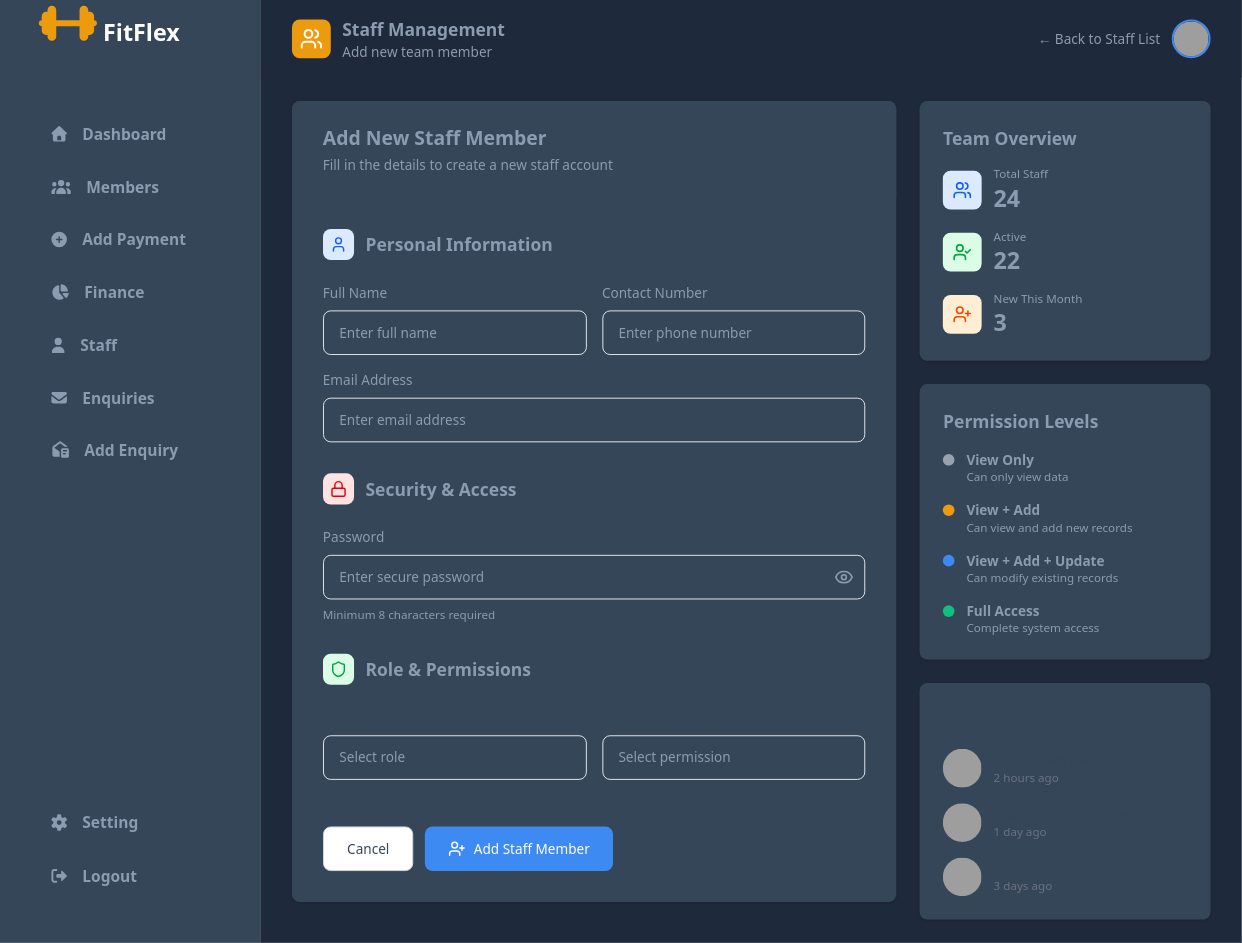
Repository: MuhammadTalhaTaj/gym_management_app_backend
Page: /addstaff (app in frontend/)
An editor plug-in stored every save of this project. The page is shown before and after the next save, followed by the edit.
The browser window is 1280 px wide. The pictures show the whole page, at 97% of full size.
Pictures or frames that could not be fetched are drawn as grey boxes. The project was rebuilt for these pictures with package versions that can differ from the ones it lists, and the page was loaded fresh each time. Also part of the build but not shown: frontend/vite.config.ts, frontend/src/assets/styles/AdminHeader.css, frontend/src/Components/AdminHeader.tsx, frontend/src/assets/styles/AdminDashboard.css, frontend/src/hooks/useDashboardData.ts, frontend/src/assets/styles/AdminDashboardStats.css, frontend/src/Components/AdminDashboardStats.tsx, frontend/src/Components/IncomeExpenseChart.tsx and 31 more.

Above is the page before, as saved 2025-11-21 10:47:37.

### frontend/index.html
<!doctype html>
<html lang="en">

<head>
  <meta charset="UTF-8" />
  <link rel="icon" type="image/svg+xml" href="/vite.svg" />
  <meta name="viewport" content="width=device-width, initial-scale=1.0" />
  <title>GymManagement</title>
  <link rel="preconnect" href="https://fonts.googleapis.com" />
  <link rel="preconnect" href="https://fonts.gstatic.com" crossorigin />
  <link rel="stylesheet" href="https://fonts.googleapis.com/css2?family=Roboto:wght@300;400;500;700&display=swap" />

</head>

<body>
  <div id="root"></div>
  <script type="module" src="/src/main.tsx"></script>
</body>

</html>

### frontend/src/index.css
@import "tailwindcss";
:root{
  padding: 0;
  margin: 0;
  box-sizing: border-box;
  --primary-100:#364659;
  --primary-200:#1E293B;
  --primary-300:#8C9BB0;
  --secondary-100: #EC9A0E;
  --secondary-200:#595446;
  --tertiary-100: #F24949;
  --tertiary-100-30: #584252;
  --tertiary-200: #F47117;
  --tertiary-200-30: #5A4B48;
  --tertiary-300: #11BF7F;
  --tertiary-300-30: #2B595E;
  --tertiary-400: #3D8BF2;
  --tertiary-400-30: #344E75;
  --tertiary-500: #94A3B8;
  --tertiary-600: #1E293B;
}
body{
  padding: 0;
  margin: 0;
}
.adminMain{
  display: flex;
  margin: 0;
  justify-content: space-between;
  padding: 0;
  /* border: 2px solid blue; */
}
@media all and (max-width:700px) {
  .adminMain{
    flex-direction: column;
  }
}

### frontend/src/Components/ProtectedRoute.tsx
import React, { useEffect, useState } from "react";
// import { Navigate } from "react-router-dom";
import { apiRequest } from "../config/api";

type Props = {
  children: React.ReactNode;
};

const getStoredToken = (): string | null => {
  return localStorage.getItem("accessToken") || sessionStorage.getItem("accessToken");
};

export default function ProtectedRoute({ children }: Props) {
  const [status, setStatus] = useState<"pending" | "ok" | "unauth">("pending");

  useEffect(() => {
    let mounted = true;

    const token = getStoredToken();
    if (!token) {
      // no token -> immediately unauth
      if (mounted) setStatus("unauth");
      return;
    }

    const validate = async () => {
      try {
        // call backend authenticate endpoint
        const res = await apiRequest<{ success?: boolean; message?: string; userId?: string }>({
          method: "GET",
          endpoint: "/auth/authenticate"
        });

        // backend returns success:true on valid token
        if (mounted && res && (res as any).success === true) {
          setStatus("ok");
        } else {
          // treat missing success flag as unauth
          if (mounted) setStatus("unauth");
        }
      } catch (err) {
        // any error -> unauth
        if (mounted) setStatus("unauth");
      }
    };

    validate();

    return () => { mounted = false; };
  }, []);

  if (status === "pending") {
    // while checking, render nothing (keep UI/layout unchanged)
    return null;
  }

  if (status === "unauth") {
    // clear tokens to ensure clean state, then redirect
    try {
      localStorage.removeItem("accessToken");
      sessionStorage.removeItem("accessToken");
    } catch (e) {
      // ignore
    }
    // return <Navigate to="/login" replace />;
  }

  // auth ok
  return <>{children}</>;
}

### frontend/src/context/AuthContext.tsx
// src/context/AuthContext.tsx (example)
import React, { createContext, useEffect } from "react";
import { onAuthFailure,
  // setAccessToken as storeAccessToken,
   clearTokens } from "../config/auth";
import { useNavigate } from "react-router-dom";

export const AuthContext = createContext<any>(null);

export const AuthProvider: React.FC<{children:any}> = ({ children }) => {
  const navigate = useNavigate();

  useEffect(() => {
    onAuthFailure(() => {
      // clear local tokens and redirect to login
      clearTokens();
      navigate("/login");
    });
  }, [navigate]);

  return <AuthContext.Provider value={{}}>{children}</AuthContext.Provider>;
};

### frontend/src/pages/Admin/AddStaff.tsx
import React, { useState } from 'react';
import { Eye, EyeOff, Users, UserCheck, UserPlus, Shield, User, Lock } from 'lucide-react';

// Data file - export this to a separate file in your project (e.g., staffData.js)
export const staffData = {
  teamOverview: {
    totalStaff: 24,
    activeStaff: 22,
    newThisMonth: 3
  },
  permissionLevels: [
    {
      id: 'view-only',
      name: 'View Only',
      description: 'Can only view data',
      color: 'bg-gray-400'
    },
    {
      id: 'view-add',
      name: 'View + Add',
      description: 'Can view and add new records',
      color: 'bg-[var(--secondary-100)]'
    },
    {
      id: 'view-add-update',
      name: 'View + Add + Update',
      description: 'Can modify existing records',
      color: 'bg-[var(--tertiary-400)]'
    },
    {
      id: 'full-access',
      name: 'Full Access',
      description: 'Complete system access',
      color: 'bg-[var(--tertiary-300)]'
    }
  ],
  recentActivity: [
    {
      id: 1,
      name: 'Sarah Chen',
      action: 'joined',
      time: '2 hours ago',
      avatar: 'https://i.pravatar.cc/150?img=1'
    },
    {
      id: 2,
      name: 'Mike Johnson',
      action: 'updated',
      time: '1 day ago',
      avatar: 'https://i.pravatar.cc/150?img=2'
    },
    {
      id: 3,
      name: 'Emma Davis',
      action: 'added',
      time: '3 days ago',
      avatar: 'https://i.pravatar.cc/150?img=3'
    }
  ],
  jobRoles: [
    'Select role',
    'Administrator',
    'Manager',
    'Developer',
    'Designer',
    'Analyst',
    'Support Staff'
  ],
  permissions: [
    'Select permission',
    'View Only',
    'View + Add',
    'View + Add + Update',
    'Full Access'
  ]
};

// Reusable Components
const Card = ({ children, className = '' }) => (
  <div className={`bg-[var(--primary-100)] rounded-lg shadow-sm ${className}`}>
    {children}
  </div>
);

const Input = ({ label, placeholder, type = 'text', value, onChange, showPasswordToggle, onTogglePassword, showPassword, helperText }) => (
  <div className="flex flex-col gap-2 ">
    {label && (
      <label className="text-sm font-medium text-[var(--primary-300)]">
        {label}
      </label>
    )}
    <div className="relative">
      <input
        type={type}
        placeholder={placeholder}
        value={value}
        onChange={onChange}
        className="w-full px-4 py-3 bg-[var(--primary-100)] border border-gray-200 rounded-lg text-sm text-[var(--primary-300)] placeholder-[var(--primary-300)] focus:outline-none focus:ring-2 focus:ring-[var(--tertiary-400)] focus:border-transparent transition-all"
      />
      {showPasswordToggle && (
        <button
          type="button"
          onClick={onTogglePassword}
          className="absolute right-3 top-1/2 -translate-y-1/2 text-[var(--primary-300)] hover:text-[var(--primary-100)] transition-colors"
        >
          {showPassword ? <EyeOff size={20} /> : <Eye size={20} />}
        </button>
      )}
    </div>
    {helperText && (
      <span className="text-xs text-[var(--primary-300)]">{helperText}</span>
    )}
  </div>
);

const Select = ({ label, options, value, onChange }) => (
  <div className="flex flex-col gap-2">
    {label && (
      <label className="text-sm font-medium text-[var(--primary-100)]">
        {label}
      </label>
    )}
    <select
      value={value}
      onChange={onChange}
      className="w-full px-4 py-3 bg-[var(--primary-100)] border border-gray-200 rounded-lg text-sm text-[var(--primary-300)] focus:outline-none focus:ring-2 focus:ring-[var(--tertiary-400)] focus:border-transparent transition-all appearance-none cursor-pointer"
      style={{
        backgroundImage: `url("data:[embedded picture, 161 characters]")`,
        backgroundRepeat: 'no-repeat',
        backgroundPosition: 'right 1rem center'
      }}
    >
      {options.map((option, index) => (
        <option key={index} value={option}>
          {option}
        </option>
      ))}
    </select>
  </div>
);

const Button = ({ children, variant = 'primary', onClick, icon: Icon }) => {
  const variants = {
    primary: 'bg-[var(--tertiary-400)] hover:bg-[var(--tertiary-400)]/90 text-white',
    secondary: 'bg-white hover:bg-gray-50 text-[var(--primary-100)] border border-gray-300'
  };

  return (
    <button
      onClick={onClick}
      className={`px-6 py-3 rounded-lg font-medium text-sm transition-all flex items-center justify-center gap-2 ${variants[variant]}`}
    >
      {Icon && <Icon size={18} />}
      {children}
    </button>
  );
};

const StatsCard = ({ icon: Icon, label, value, iconBg, iconColor }) => (
  <div className="flex items-center gap-3">
    <div className={`w-10 h-10 rounded-lg ${iconBg} flex items-center justify-center`}>
      <Icon size={20} className={iconColor} />
    </div>
    <div>
      <p className="text-xs text-[var(--primary-300)]">{label}</p>
      <p className="text-2xl font-bold text-[var(--primary-300)]">{value}</p>
    </div>
  </div>
);

const ActivityItem = ({ activity }) => (
  <div className="flex items-center gap-3">
    <img
      src={activity.avatar}
      alt={activity.name}
      className="w-10 h-10 rounded-full object-cover"
    />
    <div className="flex-1">
      <p className="text-sm font-medium text-[var(--primary-100)]">
        {activity.name} {activity.action}
      </p>
      <p className="text-xs text-gray-500">{activity.time}</p>
    </div>
  </div>
);

const PermissionItem = ({ permission }) => (
  <div className="flex items-start gap-3">
    <div className={`w-3 h-3 rounded-full ${permission.color} mt-1`}></div>
    <div className="flex-1">
      <p className="text-sm font-semibold text-[var(--primary-300)]">{permission.name}</p>
      <p className="text-xs text-[var(--primary-300)]">{permission.description}</p>
    </div>
  </div>
);

const SectionHeader = ({ icon: Icon, title, iconBg, iconColor }) => (
  <div className="flex items-center gap-3 mb-6">
    <div className={`w-8 h-8 rounded-lg ${iconBg} flex items-center justify-center`}>
      <Icon size={18} className={iconColor} />
    </div>
    <h3 className="text-lg font-semibold text-[var(--primary-300)]">{title}</h3>
  </div>
);

// Main Component
const AddStaff = () => {
  const [formData, setFormData] = useState({
    fullName: '',
    contactNumber: '',
    email: '',
    password: '',
    jobRole: staffData.jobRoles[0],
    permission: staffData.permissions[0]
  });

  const [showPassword, setShowPassword] = useState(false);

  const handleInputChange = (field) => (e) => {
    setFormData(prev => ({ ...prev, [field]: e.target.value }));
  };

  const handleSubmit = () => {
    console.log('Form submitted:', formData);
    // Add your form submission logic here
  };

  const handleCancel = () => {
    setFormData({
      fullName: '',
      contactNumber: '',
      email: '',
      password: '',
      jobRole: staffData.jobRoles[0],
      permission: staffData.permissions[0]
    });
  };

  return (
    <div className="min-h-screen w-full bg-[var(--primary-200)]">
      {/* Header */}
      <header className="bg-[var(--primary-200)] text-white px-4 sm:px-6 lg:px-8 py-4">
        <div className="max-w-7xl mx-auto flex items-center justify-between">
          <div className="flex items-center gap-3">
            <div className="w-10 h-10 bg-[var(--secondary-100)] rounded-lg flex items-center justify-center">
              <Users size={24} />
            </div>
            <div>
              <h1 className="text-lg font-semibold text-[var(--primary-300)]">Staff Management</h1>
              <p className="text-sm text-[var(--primary-300)]">Add new team member</p>
            </div>
          </div>
          <div className="flex items-center gap-3">
            <button className="flex items-center text-[var(--primary-300)] gap-2 text-sm hover:text-gray-300 transition-colors">
              <span className="hidden sm:inline">← Back to Staff List</span>
              <span className="sm:hidden">← Back</span>
            </button>
            <img
              src="https://i.pravatar.cc/150?img=5"
              alt="User"
              className="w-10 h-10 rounded-full object-cover border-2 border-[var(--tertiary-400)]"
            />
          </div>
        </div>
      </header>

      {/* Main Content */}
      <main className="max-w-7xl mx-auto px-4 sm:px-6 lg:px-8 py-6">
        <div className="grid grid-cols-1 lg:grid-cols-3 gap-6">
          {/* Left Column - Form */}
          <div className="lg:col-span-2">
            <Card className="p-6 sm:p-8">
              {/* Form Header */}
              <div className="bg-[var(--primary-100)] text-[var(--primary-300)] -mx-6 sm:-mx-8 -mt-6 sm:-mt-8 px-6 sm:px-8 py-6 rounded-t-lg mb-8">
                <h2 className="text-xl font-bold mb-1">Add New Staff Member</h2>
                <p className="text-sm text-[var(--primary-300)]">Fill in the details to create a new staff account</p>
              </div>

              <div className="space-y-8">
                {/* Personal Information */}
                <div>
                  <SectionHeader
                    icon={User}
                    title="Personal Information"
                    iconBg="bg-blue-100"
                    iconColor="text-blue-600"
                  />
                  <div className="grid grid-cols-1 md:grid-cols-2 gap-4">
                    <Input
                      label="Full Name"
                      placeholder="Enter full name"
                      value={formData.fullName}
                      onChange={handleInputChange('fullName')}
                    />
                    <Input
                      label="Contact Number"
                      placeholder="Enter phone number"
                      type="tel"
                      value={formData.contactNumber}
                      onChange={handleInputChange('contactNumber')}
                    />
                  </div>
                  <div className="mt-4">
                    <Input
                      label="Email Address"
                      placeholder="Enter email address"
                      type="email"
                      value={formData.email}
                      onChange={handleInputChange('email')}
                    />
                  </div>
                </div>

                {/* Security & Access */}
                <div>
                  <SectionHeader
                    icon={Lock}
                    title="Security & Access"
                    iconBg="bg-red-100"
                    iconColor="text-red-600"
                  />
                  <Input
                    label="Password"
                    placeholder="Enter secure password"
                    type={showPassword ? 'text' : 'password'}
                    value={formData.password}
                    onChange={handleInputChange('password')}
                    showPasswordToggle
                    onTogglePassword={() => setShowPassword(!showPassword)}
                    showPassword={showPassword}
                    helperText="Minimum 8 characters required"
                  />
                </div>

                {/* Role & Permissions */}
                <div>
                  <SectionHeader
                    icon={Shield}
                    title="Role & Permissions"
                    iconBg="bg-green-100"
                    iconColor="text-green-600"
                  />
                  <div className="grid grid-cols-1 md:grid-cols-2 gap-4">
                    <Select
                      label="Job Role"
                      options={staffData.jobRoles}
                      value={formData.jobRole}
                      onChange={handleInputChange('jobRole')}
                    />
                    <Select
                      label="Permission Level"
                      options={staffData.permissions}
                      value={formData.permission}
                      onChange={handleInputChange('permission')}
                    />
                  </div>
                </div>

                {/* Action Buttons */}
                <div className="flex flex-col sm:flex-row gap-3 pt-4">
                  <Button variant="secondary" onClick={handleCancel}>
                    Cancel
                  </Button>
                  <Button variant="primary" onClick={handleSubmit} icon={UserPlus}>
                    Add Staff Member
                  </Button>
                </div>
              </div>
            </Card>
          </div>

          {/* Right Column - Sidebar */}
          <div className="space-y-6">
            {/* Team Overview */}
            <Card className="p-6">
              <h3 className="text-lg font-semibold text-[var(--primary-300)] mb-4">Team Overview</h3>
              <div className="space-y-4">
                <StatsCard
                  icon={Users}
                  label="Total Staff"
                  value={staffData.teamOverview.totalStaff}
                  iconBg="bg-blue-100"
                  iconColor="text-blue-600"
                />
                <StatsCard
                  icon={UserCheck}
                  label="Active"
                  value={staffData.teamOverview.activeStaff}
                  iconBg="bg-green-100"
                  iconColor="text-green-600"
                />
                <StatsCard
                  icon={UserPlus}
                  label="New This Month"
                  value={staffData.teamOverview.newThisMonth}
                  iconBg="bg-orange-100"
                  iconColor="text-orange-600"
                />
              </div>
            </Card>

            {/* Permission Levels */}
            <Card className="p-6">
              <h3 className="text-lg font-semibold text-[var(--primary-300)] mb-4">Permission Levels</h3>
              <div className="space-y-4">
                {staffData.permissionLevels.map(permission => (
                  <PermissionItem key={permission.id} permission={permission} />
                ))}
              </div>
            </Card>

            {/* Recent Activity */}
            <Card className="p-6">
              <h3 className="text-lg font-semibold text-[var(--primary-100)] mb-4">Recent Activity</h3>
              <div className="space-y-4">
                {staffData.recentActivity.map(activity => (
                  <ActivityItem key={activity.id} activity={activity} />
                ))}
              </div>
            </Card>
          </div>
        </div>
      </main>
    </div>
  );
};

export default AddStaff;

### frontend/src/config/auth.ts
// src/config/auth.ts
const ACCESS_TOKEN_KEY = "accessToken";

/**
 * Read access token (prefers localStorage, fallbacks to sessionStorage)
 */
export function readAccessToken(): string | null {
  return localStorage.getItem(ACCESS_TOKEN_KEY) || sessionStorage.getItem(ACCESS_TOKEN_KEY);
}

/**
 * Store access token.
 * If `persist` true -> save to localStorage, otherwise sessionStorage.
 */
export function setAccessToken(token: string | null, persist = true) {
  if (!token) {
    localStorage.removeItem(ACCESS_TOKEN_KEY);
    sessionStorage.removeItem(ACCESS_TOKEN_KEY);
    return;
  }
  if (persist) {
    localStorage.setItem(ACCESS_TOKEN_KEY, token);
    sessionStorage.removeItem(ACCESS_TOKEN_KEY);
  } else {
    sessionStorage.setItem(ACCESS_TOKEN_KEY, token);
    localStorage.removeItem(ACCESS_TOKEN_KEY);
  }
}

/**
 * Clear tokens
 */
export function clearTokens() {
  localStorage.removeItem(ACCESS_TOKEN_KEY);
  sessionStorage.removeItem(ACCESS_TOKEN_KEY);
}

/**
 * Call refresh endpoint to obtain a fresh access token.
 * Note: This request includes credentials because your backend may store refresh token in an httpOnly cookie.
 */
let AUTH_BASE_URL = (import.meta.env.VITE_API_URL || "http://localhost:4000").replace(/\/$/, "");

export async function refreshAccessToken(): Promise<string> {
  const url = `${AUTH_BASE_URL}/auth/refreshToken`;

  const res = await fetch(url, {
    method: "POST",
    // include cookies to allow the server to find httpOnly refresh cookie
    credentials: "include",
    headers: {
      "Content-Type": "application/json"
    },
    // no body needed because your server reads cookie/header
  });

  // If server returns non-JSON or non-ok, try to parse but handle gracefully
  let data: any = {};
  try {
    data = await res.json();
  } catch (e) {
    // ignore parse error
  }

  if (!res.ok) {
    // throw useful error with body message if present
    const message = data?.message || `Failed to refresh access token (status ${res.status})`;
    throw new Error(message);
  }

  if (!data?.accessToken) {
    throw new Error("Refresh succeeded but no accessToken returned");
  }

  // store returned token (persist behavior up to you; default persist)
  setAccessToken(data.accessToken, true);
  return data.accessToken;
}

/**
 * App-level callback when refresh fails (e.g., redirect to /login)
 */
let authFailureHandler: (() => void) | null = null;
export function onAuthFailure(handler: () => void) {
  authFailureHandler = handler;
}
export function callAuthFailureHandler() {
  if (typeof authFailureHandler === "function") authFailureHandler();
}

Loaded but not shown: frontend/src/main.tsx (common file); frontend/src/Components/AdminSidebar.tsx (181 lines, source omitted); frontend/src/config/api.ts (123 lines, source omitted); frontend/src/App.tsx (71 lines, source omitted); frontend/src/assets/styles/AdminSidebar.css (138 lines, source omitted)

After the next save:
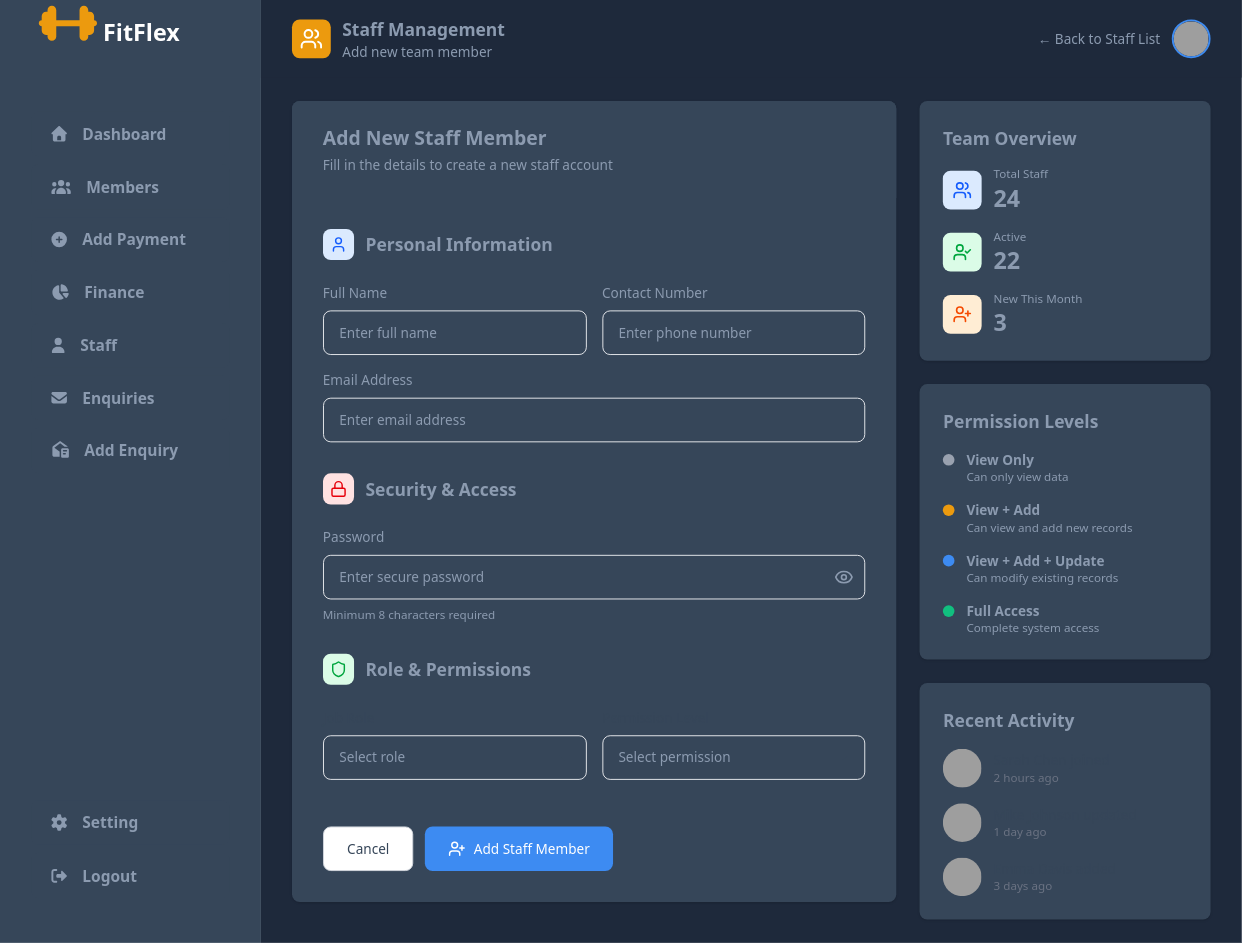
Saved 17 s later.
--- a/frontend/src/pages/Admin/AddStaff.tsx
+++ b/frontend/src/pages/Admin/AddStaff.tsx
@@ -411,7 +411,7 @@ const AddStaff = () => {
 
             {/* Recent Activity */}
             <Card className="p-6">
-              <h3 className="text-lg font-semibold text-[var(--primary-100)] mb-4">Recent Activity</h3>
+              <h3 className="text-lg font-semibold text-[var(--primary-300)] mb-4">Recent Activity</h3>
               <div className="space-y-4">
                 {staffData.recentActivity.map(activity => (
                   <ActivityItem key={activity.id} activity={activity} />
